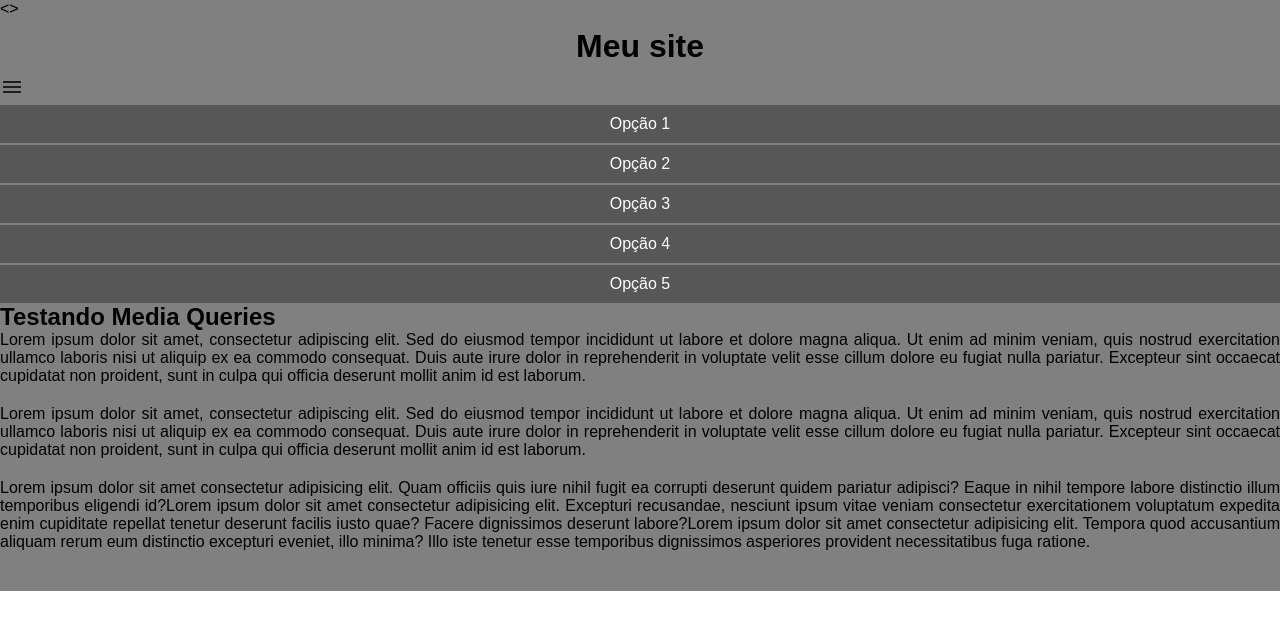
Repository: Sandro1969-tech/menu-hamburger
Page: index.html
The author's editor kept a copy of each file at every save. The page is drawn from the files as they stood at one save, then again after a run of saves.
The browser window is 1280 px wide. The pictures show the whole page.

Above is the page before, as saved 2025-12-25 18:55:17.

### index.html
<!DOCTYPE html>
<html lang="pt-br">
<head>
    <meta charset="UTF-8">
    <meta name="viewport" content="width=device-width, initial-scale=1.0">
    <title>Media Queries</title>
    <link rel="stylesheet" href="style.css">
</head>
<body>
  <header>
    <>
            <h1>Meu site</h1>
            <a><img src="image/iconmenu.png" alt="menu" class="menu-icon"></a>



            <menu>
                <ul>
                    <li><a href="#">Opção 1</a></li>
                    <li><a href="#">Opção 2</a></li>
                    <li><a href="#">Opção 3</a></li>
                    <li><a href="#">Opção 4</a></li>
                    <li><a href="#">Opção 5</a></li>
                </ul>
            </menu>
                <article>
                    <h2>Testando Media Queries</h2>
                    <p>Lorem ipsum dolor sit amet, consectetur adipiscing elit. Sed do eiusmod tempor incididunt ut labore et dolore magna aliqua. Ut enim ad minim veniam, quis nostrud exercitation ullamco laboris nisi ut aliquip ex ea commodo consequat. Duis aute irure dolor in reprehenderit in voluptate velit esse cillum dolore eu fugiat nulla pariatur. Excepteur sint occaecat cupidatat non proident, sunt in culpa qui officia deserunt mollit anim id est laborum.</p>
                    <p>Lorem ipsum dolor sit amet, consectetur adipiscing elit. Sed do eiusmod tempor incididunt ut labore et dolore magna aliqua. Ut enim ad minim veniam, quis nostrud exercitation ullamco laboris nisi ut aliquip ex ea commodo consequat. Duis aute irure dolor in reprehenderit in voluptate velit esse cillum dolore eu fugiat nulla pariatur. Excepteur sint occaecat cupidatat non proident, sunt in culpa qui officia deserunt mollit anim id est laborum.</p>
                    <p> Lorem ipsum dolor sit amet consectetur adipisicing elit. Quam officiis quis iure nihil fugit ea corrupti deserunt quidem pariatur adipisci? Eaque in nihil tempore labore distinctio illum temporibus eligendi id?Lorem ipsum dolor sit amet consectetur adipisicing elit. Excepturi recusandae, nesciunt ipsum vitae veniam consectetur exercitationem voluptatum expedita enim cupiditate repellat tenetur deserunt facilis iusto quae? Facere dignissimos deserunt labore?Lorem ipsum dolor sit amet consectetur adipisicing elit. Tempora quod accusantium aliquam rerum eum distinctio excepturi eveniet, illo minima? Illo iste tenetur esse temporibus dignissimos asperiores provident necessitatibus fuga ratione.</p>
                </article>
    </main>
  </header>
</body>
</html>

### style.css
@charset "UTF-8";

* {
    font-family: Arial, Helvetica, sans-serif;
    margin: 0px;
    padding: 0px;
}

body html {
    background-color: lightgrey;
}
header {
    background-color: grey;
}

h1 {
padding: 10px;
text-align: center;
}

menu {
    display: block;
}
menu > ul {
    list-style-type: none;
}
menu a {
    display: block;
    padding: 10px;
    text-decoration: none;
    background-color: rgba(87,87,87);
    text-align: center;
    color: white;
    border-top: 2px solid grey;
}
menu > ul > li:hover a {
    background-color: rgba(119, 136, 153, 0.459);
}

main {
    width: 90vw;
    background-color:white;
    margin:  auto;
    margin-top: 10px;
    padding: 10px;
    border-radius: 10px;
}

article {
    padding-bottom: 20px;
}
article > p {
    text-align: justify;
    margin-bottom: 20px;
    text -indent: 20px;
}

After the next 2 saves:
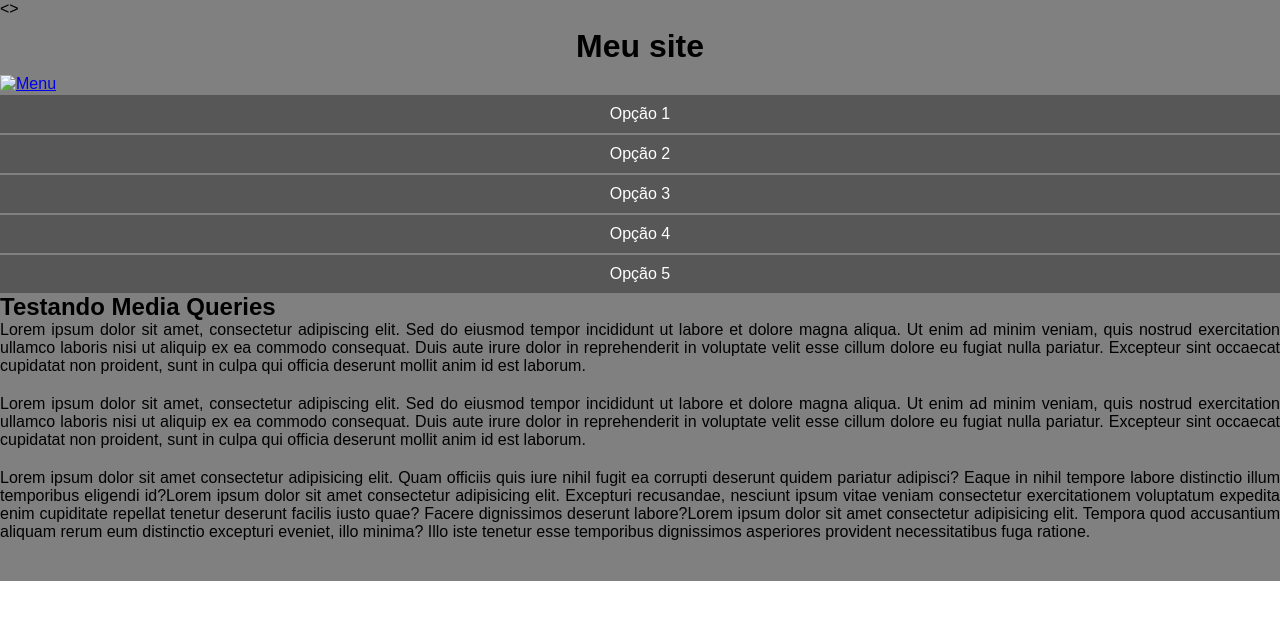
Not found: icone.png
The 2 saves are shown as one change because they came seconds apart.
The last was saved 33 s later.
--- a/index.html
+++ b/index.html
@@ -10,7 +10,9 @@
   <header>
     <>
             <h1>Meu site</h1>
-            <a><img src="image/iconmenu.png" alt="menu" class="menu-icon"></a>
+            <a href="#menu">
+  <img src="icone.png" alt="Menu" class="menu-icon">
+</a>
 
 
 

After the 5 saves that followed:
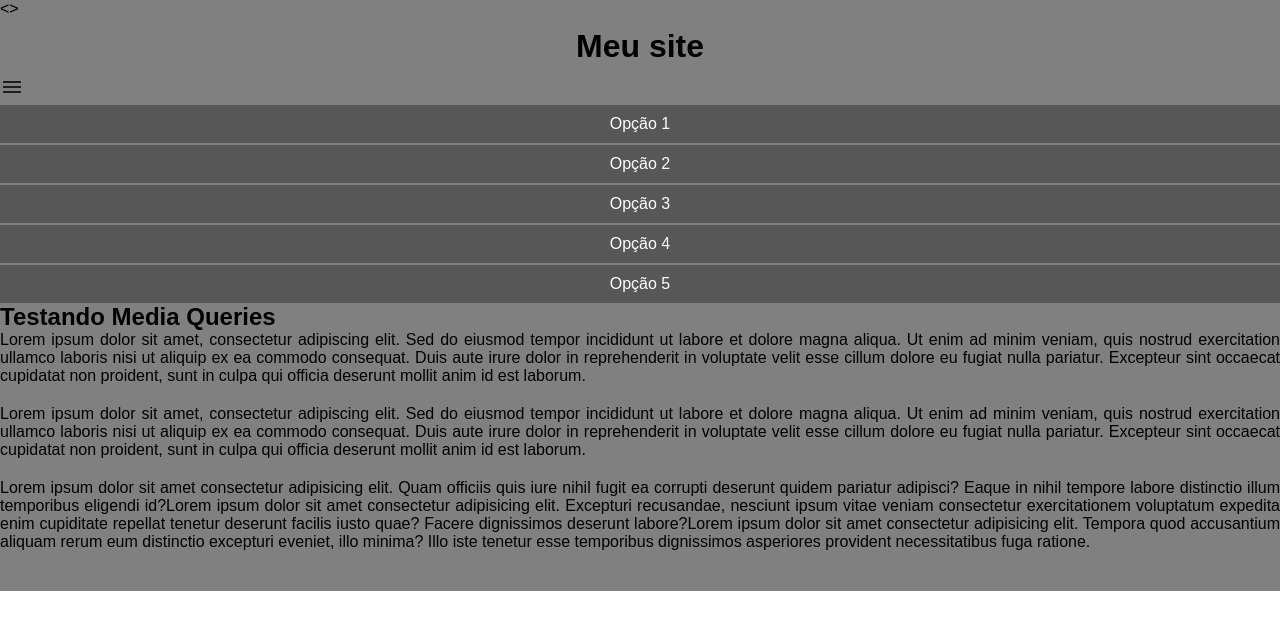
The 5 saves are shown as one change because 2 left the picture as it was and some came seconds apart.
The last was saved 107 s later.
--- a/index.html
+++ b/index.html
@@ -10,8 +10,8 @@
   <header>
     <>
             <h1>Meu site</h1>
-            <a href="#menu">
-  <img src="icone.png" alt="Menu" class="menu-icon">
+            <a href="image/iconmenu.png">
+  <img src="image/iconmenu.png" alt="Menu" class="menu-icon">
 </a>
 
 
